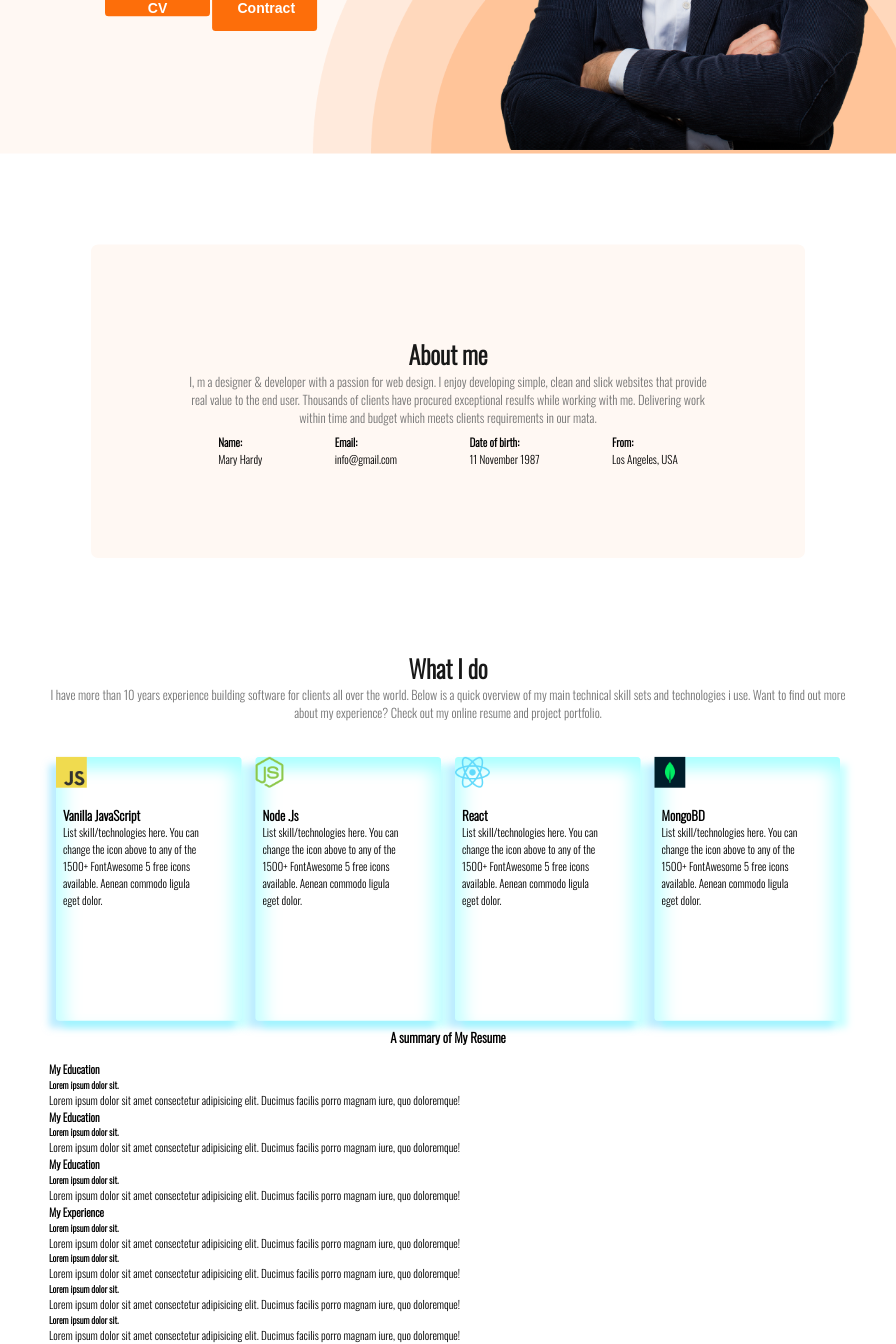
Repository: sumonkumarsarkar/my-website-personal
Page: index.html
An editor plug-in stored every save of this project. The page is shown before and after the next save, followed by the edit.
The browser window is 1280 px wide. The pictures show the part of the page from y = 655 to 2575 px (the page is 2575 px tall before and 2443 px after), at 70% of full size.

Above is the page before, as saved 2024-01-06 16:05:26.

After the next save:
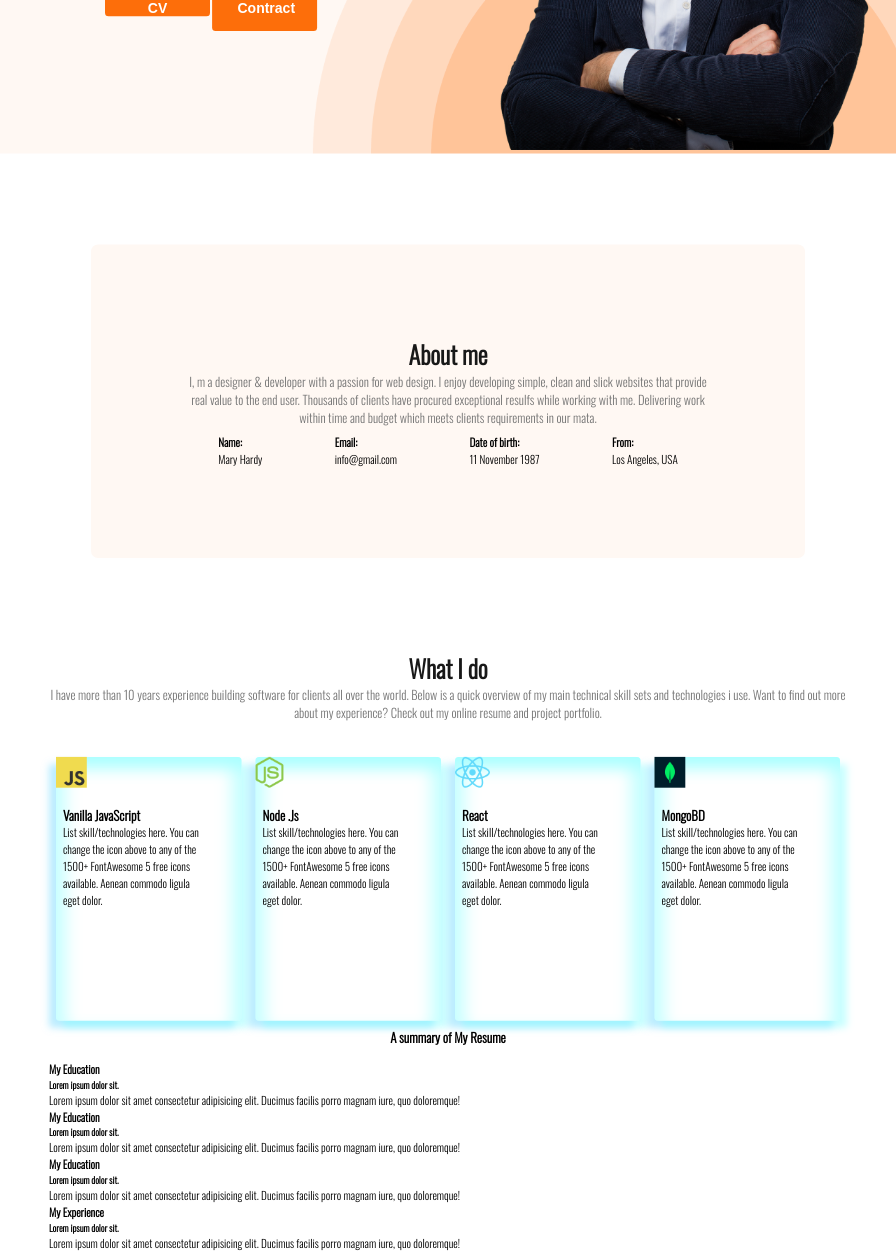
Saved 23 s later.
--- a/index.html
+++ b/index.html
@@ -165,18 +165,6 @@
             <h5>Lorem ipsum dolor sit.</h5>
             <P>Lorem ipsum dolor sit amet consectetur adipisicing elit. Ducimus facilis porro magnam iure, quo doloremque!</P>
             </div>
-            <div class="education-details">
-            <h5>Lorem ipsum dolor sit.</h5>
-            <P>Lorem ipsum dolor sit amet consectetur adipisicing elit. Ducimus facilis porro magnam iure, quo doloremque!</P>
-            </div>
-            <div class="education-details">
-            <h5>Lorem ipsum dolor sit.</h5>
-            <P>Lorem ipsum dolor sit amet consectetur adipisicing elit. Ducimus facilis porro magnam iure, quo doloremque!</P>
-            </div>
-            <div class="education-details">
-            <h5>Lorem ipsum dolor sit.</h5>
-            <P>Lorem ipsum dolor sit amet consectetur adipisicing elit. Ducimus facilis porro magnam iure, quo doloremque!</P>
-            </div>
 
          </div>
       </div>
